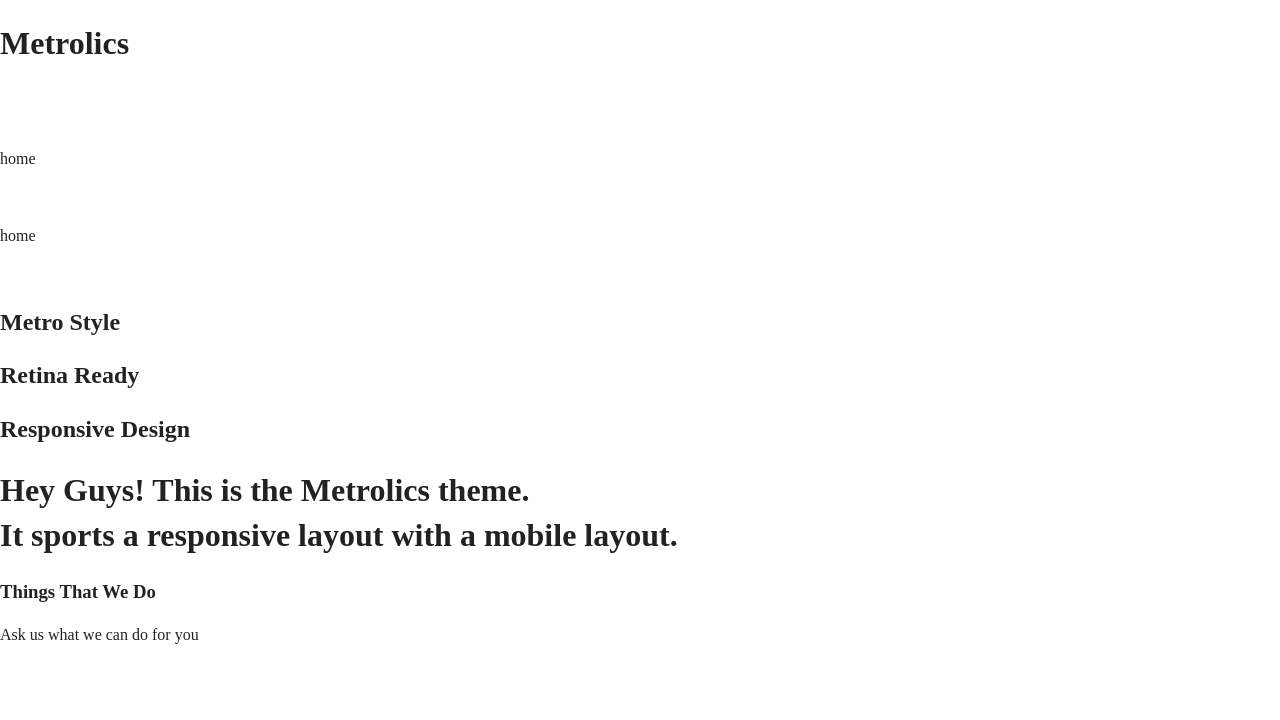
Repository: claudiashin/metrolics
Page: index.html
An editor plug-in stored every save of this project. The page is shown before and after the next save, followed by the edit.
The browser window is 1280 px wide. The pictures show the whole page.

Above is the page before, as saved 2021-01-27 14:31:15.

### index.html
<!doctype html>
<html class="no-js" lang="EN">

<head>
  <meta charset="utf-8">
  <title>MDIA 2003 Lab 3</title>
  <meta name="description" content="">
  <meta name="viewport" content="width=device-width, initial-scale=1">

  <link rel="manifest" href="site.webmanifest">
  <link rel="apple-touch-icon" href="icon.png">
  <!-- Place favicon.ico in the root directory -->

  <link rel="stylesheet" href="css/normalize.css">
  <link rel="stylesheet" href="css/main.css">
</head>

<body>
  <header>
    <div>
      <h1>Metrolics</h1>
      <img src="">
    </div>
  </header>

  <nav class="navbar">
    <div class="nav_container">
      <div class="nav_icon">
        <img src="">
        <p>home</p>
      </div>
      <div class="nav_icon">
        <img src="">
        <p>home</p>
      </div>
    </div>
  </nav>

  <section class="main_container">
    <div class="heroimg">
      <img src="">
    </div>
    <div class="">
      <h2>Metro Style</h2>
      <h2>Retina Ready</h2>
      <h2>Responsive Design</h2>
    </div>
  </section>

  <section class="main_container">
    <h1>
      Hey Guys! This is the <span class="textcol">Metrolics</span> theme.<br>
      It sports a responsive layout with a mobile layout.
    </h1>
  </section>

  <section class="main_container">
    <div class="container">
      <h3>Things That We Do</h3>
      <p>Ask us what we can do for you</p>
    </div>
    <div class="container">
      <div class=""
    </div>

  </section>

  <section class="main_container">

  </section>

  <section class="main_container">

  </section>

  <article class="main_container">

  </article>

  <footer>

  </footer>
</body>

</html>

### css/main.css
/*! HTML5 Boilerplate v8.0.0 | MIT License | https://html5boilerplate.com/ */

/* main.css 2.1.0 | MIT License | https://github.com/h5bp/main.css#readme */
/*
 * What follows is the result of much research on cross-browser styling.
 * Credit left inline and big thanks to Nicolas Gallagher, Jonathan Neal,
 * Kroc Camen, and the H5BP dev community and team.
 */

/* ==========================================================================
   Base styles: opinionated defaults
   ========================================================================== */

html {
  color: #222;
  font-size: 1em;
  line-height: 1.4;
}

/*
 * Remove text-shadow in selection highlight:
 * https://twitter.com/miketaylr/status/12228805301
 *
 * Vendor-prefixed and regular ::selection selectors cannot be combined:
 * https://stackoverflow.com/a/16982510/7133471
 *
 * Customize the background color to match your design.
 */

::-moz-selection {
  background: #b3d4fc;
  text-shadow: none;
}

::selection {
  background: #b3d4fc;
  text-shadow: none;
}

/*
 * A better looking default horizontal rule
 */

hr {
  display: block;
  height: 1px;
  border: 0;
  border-top: 1px solid #ccc;
  margin: 1em 0;
  padding: 0;
}

/*
 * Remove the gap between audio, canvas, iframes,
 * images, videos and the bottom of their containers:
 * https://github.com/h5bp/html5-boilerplate/issues/440
 */

audio,
canvas,
iframe,
img,
svg,
video {
  vertical-align: middle;
}

/*
 * Remove default fieldset styles.
 */

fieldset {
  border: 0;
  margin: 0;
  padding: 0;
}

/*
 * Allow only vertical resizing of textareas.
 */

textarea {
  resize: vertical;
}

/* ==========================================================================
   Author's custom styles
   ========================================================================== */

/* ==========================================================================
   Helper classes
   ========================================================================== */

/*
 * Hide visually and from screen readers
 */

.hidden,
[hidden] {
  display: none !important;
}

/*
 * Hide only visually, but have it available for screen readers:
 * https://snook.ca/archives/html_and_css/hiding-content-for-accessibility
 *
 * 1. For long content, line feeds are not interpreted as spaces and small width
 *    causes content to wrap 1 word per line:
 *    https://medium.com/@jessebeach/beware-smushed-off-screen-accessible-text-5952a4c2cbfe
 */

.sr-only {
  border: 0;
  clip: rect(0, 0, 0, 0);
  height: 1px;
  margin: -1px;
  overflow: hidden;
  padding: 0;
  position: absolute;
  white-space: nowrap;
  width: 1px;
  /* 1 */
}

/*
 * Extends the .sr-only class to allow the element
 * to be focusable when navigated to via the keyboard:
 * https://www.drupal.org/node/897638
 */

.sr-only.focusable:active,
.sr-only.focusable:focus {
  clip: auto;
  height: auto;
  margin: 0;
  overflow: visible;
  position: static;
  white-space: inherit;
  width: auto;
}

/*
 * Hide visually and from screen readers, but maintain layout
 */

.invisible {
  visibility: hidden;
}

/*
 * Clearfix: contain floats
 *
 * For modern browsers
 * 1. The space content is one way to avoid an Opera bug when the
 *    `contenteditable` attribute is included anywhere else in the document.
 *    Otherwise it causes space to appear at the top and bottom of elements
 *    that receive the `clearfix` class.
 * 2. The use of `table` rather than `block` is only necessary if using
 *    `:before` to contain the top-margins of child elements.
 */

.clearfix::before,
.clearfix::after {
  content: " ";
  display: table;
}

.clearfix::after {
  clear: both;
}

/* ==========================================================================
   EXAMPLE Media Queries for Responsive Design.
   These examples override the primary ('mobile first') styles.
   Modify as content requires.
   ========================================================================== */

@media only screen and (min-width: 35em) {
  /* Style adjustments for viewports that meet the condition */
}

@media print,
  (-webkit-min-device-pixel-ratio: 1.25),
  (min-resolution: 1.25dppx),
  (min-resolution: 120dpi) {
  /* Style adjustments for high resolution devices */
}

/* ==========================================================================
   Print styles.
   Inlined to avoid the additional HTTP request:
   https://www.phpied.com/delay-loading-your-print-css/
   ========================================================================== */

@media print {
  *,
  *::before,
  *::after {
    background: #fff !important;
    color: #000 !important;
    /* Black prints faster */
    box-shadow: none !important;
    text-shadow: none !important;
  }

  a,
  a:visited {
    text-decoration: underline;
  }

  a[href]::after {
    content: " (" attr(href) ")";
  }

  abbr[title]::after {
    content: " (" attr(title) ")";
  }

  /*
   * Don't show links that are fragment identifiers,
   * or use the `javascript:` pseudo protocol
   */
  a[href^="#"]::after,
  a[href^="javascript:"]::after {
    content: "";
  }

  pre {
    white-space: pre-wrap !important;
  }

  pre,
  blockquote {
    border: 1px solid #999;
    page-break-inside: avoid;
  }

  /*
   * Printing Tables:
   * https://web.archive.org/web/20180815150934/http://css-discuss.incutio.com/wiki/Printing_Tables
   */
  thead {
    display: table-header-group;
  }

  tr,
  img {
    page-break-inside: avoid;
  }

  p,
  h2,
  h3 {
    orphans: 3;
    widows: 3;
  }

  h2,
  h3 {
    page-break-after: avoid;
  }
}

Loaded but not shown: css/normalize.css (library)

After the next save:
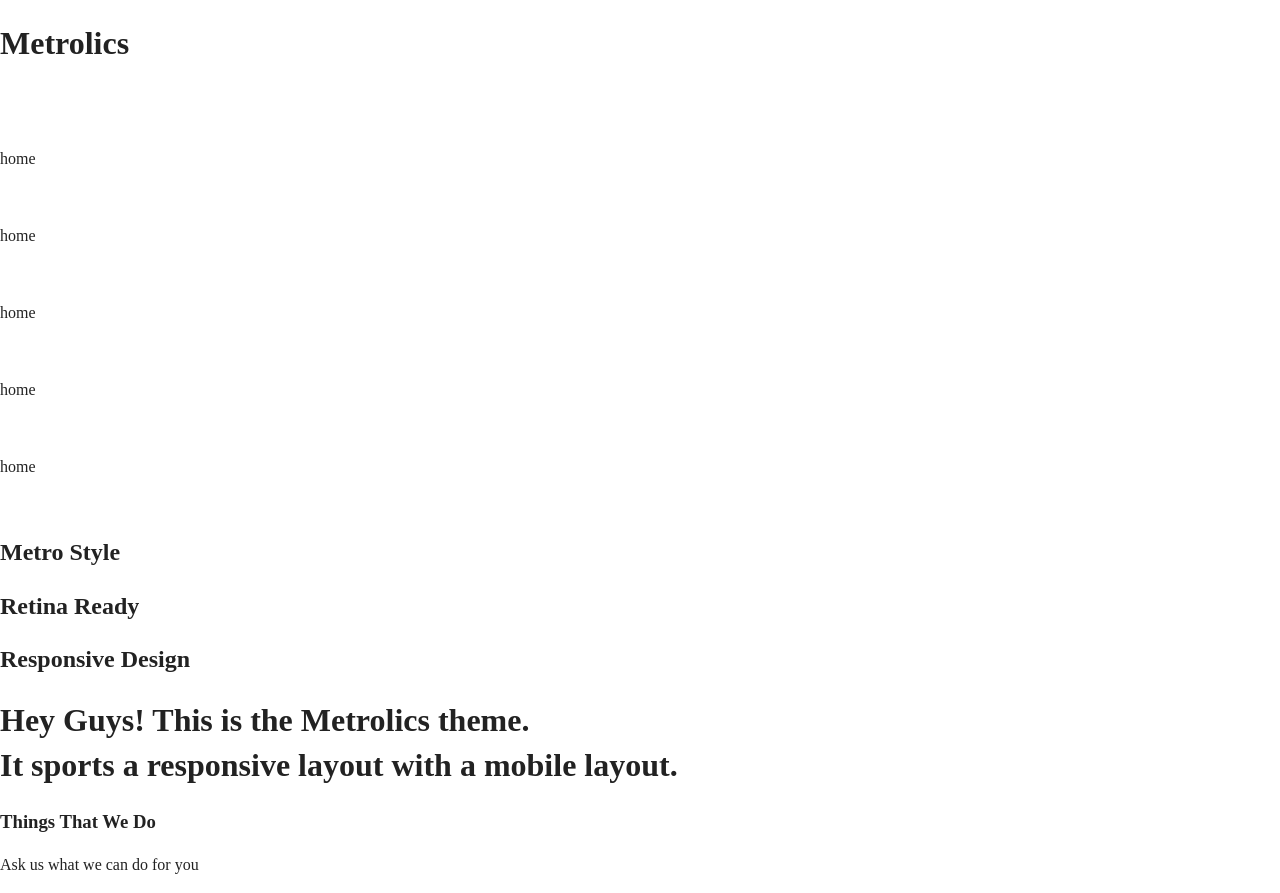
Saved 5 s later.
--- a/index.html
+++ b/index.html
@@ -30,6 +30,15 @@
         <p>home</p>
       </div>
       <div class="nav_icon">
+        <img src="">
+        <p>home</p>
+      </div><div class="nav_icon">
+        <img src="">
+        <p>home</p>
+      </div><div class="nav_icon">
+        <img src="">
+        <p>home</p>
+      </div><div class="nav_icon">
         <img src="">
         <p>home</p>
       </div>
